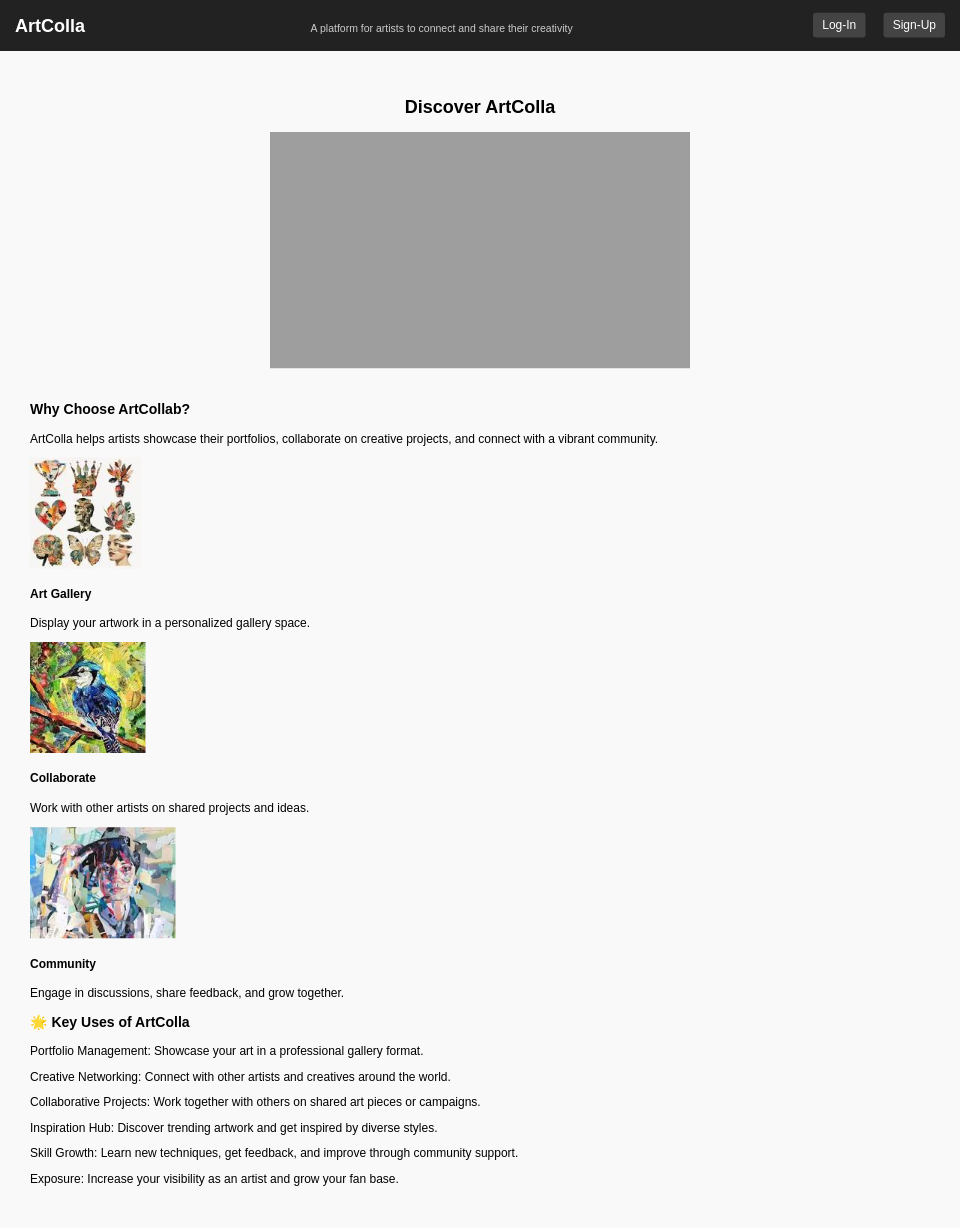
Repository: jeevanReddyP/ArtCollab_App
Page: index.html
The author's editor kept a copy of each file at every save. The page is drawn from the files as they stood at one save, then again after the next save.
The browser window is 1280 px wide. The pictures show the whole page, at 75% of full size.
Pictures or frames that could not be fetched are drawn as grey boxes.

Above is the page before, as saved 2025-06-11 16:42:38.

After the next save:
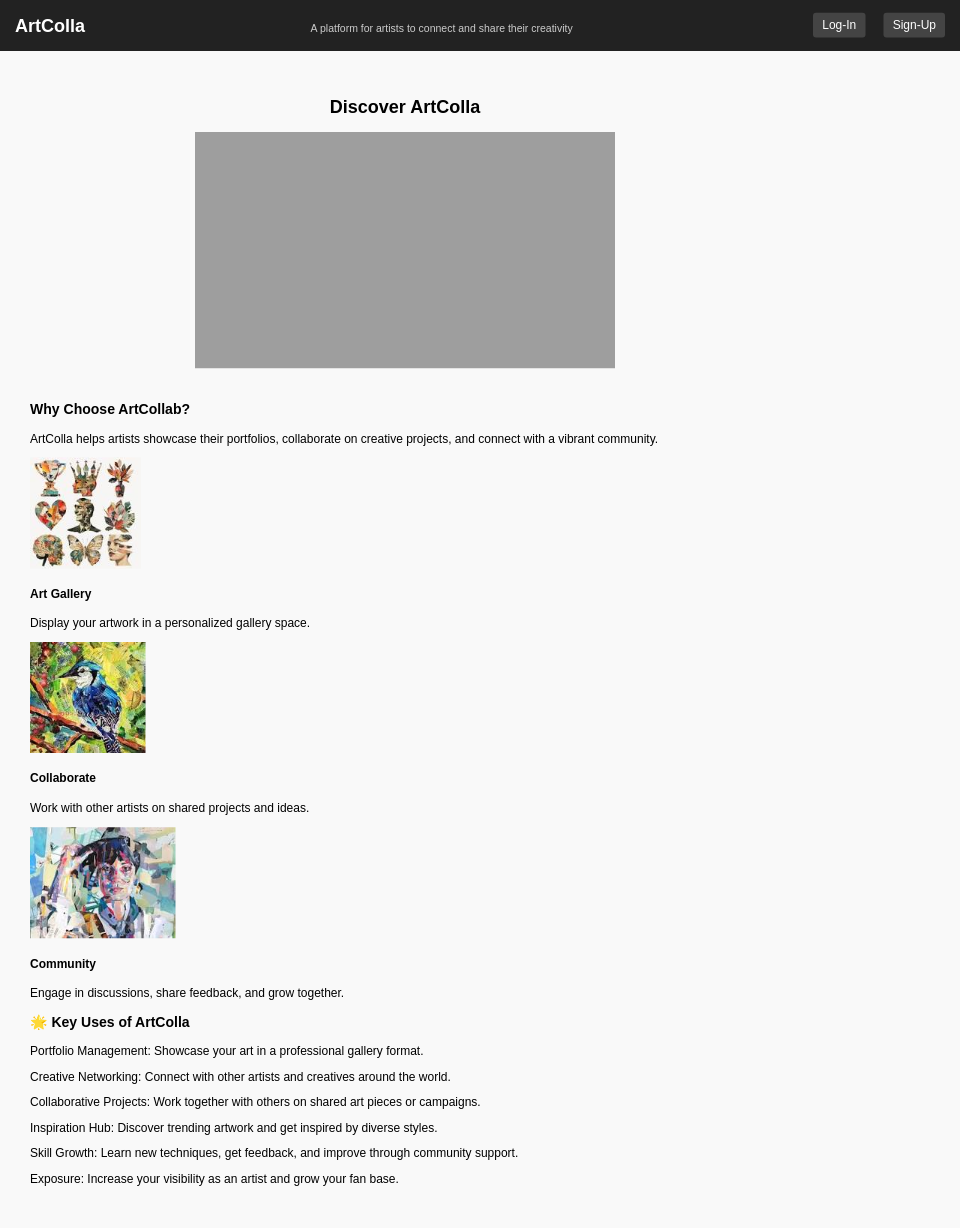
Saved 4 s later.
--- a/index.css
+++ b/index.css
@@ -39,5 +39,5 @@
 .intro-video {
   text-align: center;
   margin-bottom: 40px;
-  width: 100;
+  width: 1000px;
 }

After the 5 saves that followed:
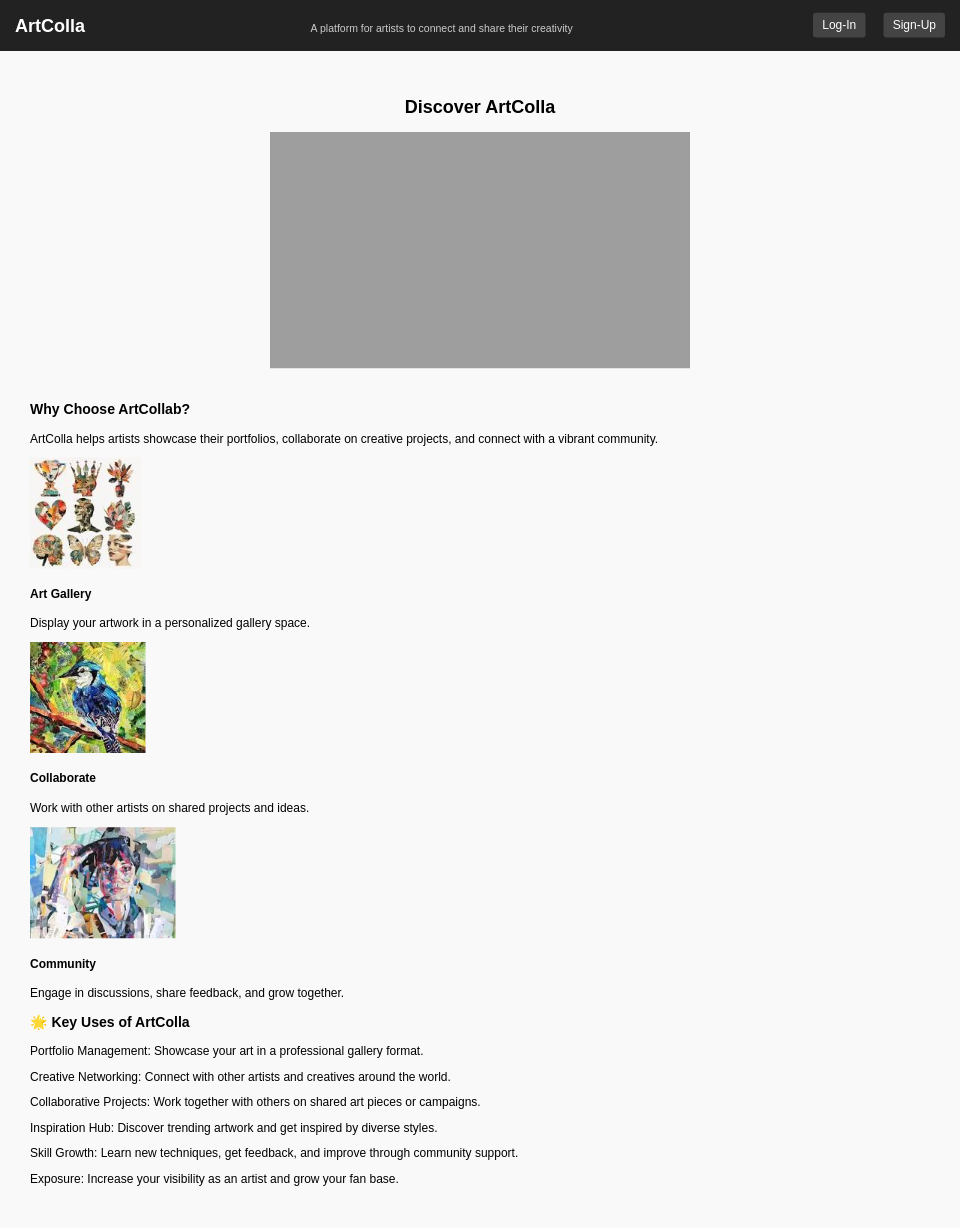
The 5 saves are shown as one change because they came seconds apart.
The last was saved 13 s later.
--- a/index.css
+++ b/index.css
@@ -39,5 +39,4 @@
 .intro-video {
   text-align: center;
   margin-bottom: 40px;
-  width: 1000px;
 }
